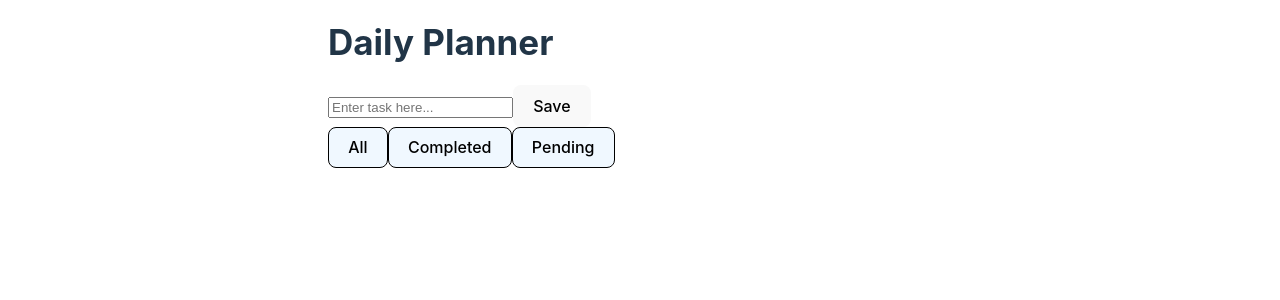
Repository: leslie179/lab4
Page: / (app in lab4/)
An editor plug-in stored every save of this project. The page is shown before and after the next save, followed by the edit.
The browser window is 1280 px wide. The pictures show the whole page.
The project was rebuilt for these pictures with package versions that can differ from the ones it lists, and the page was loaded fresh each time. Also part of the build but not shown: lab4/vite.config.js, lab4/src/components/Task.jsx.

Above is the page before, as saved 2024-10-27 18:19:37.

After the next save:
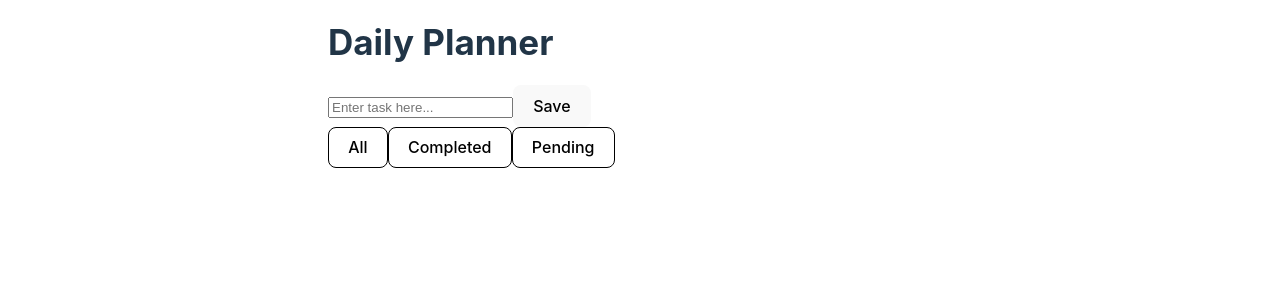
Saved 4 s later.
--- a/lab4/src/App.css
+++ b/lab4/src/App.css
@@ -10,7 +10,7 @@ h1{
 
 .filter-button{
   border: 1px solid black;
-  background-color: aliceblue;
+  background-color: white;
 }
 
 
